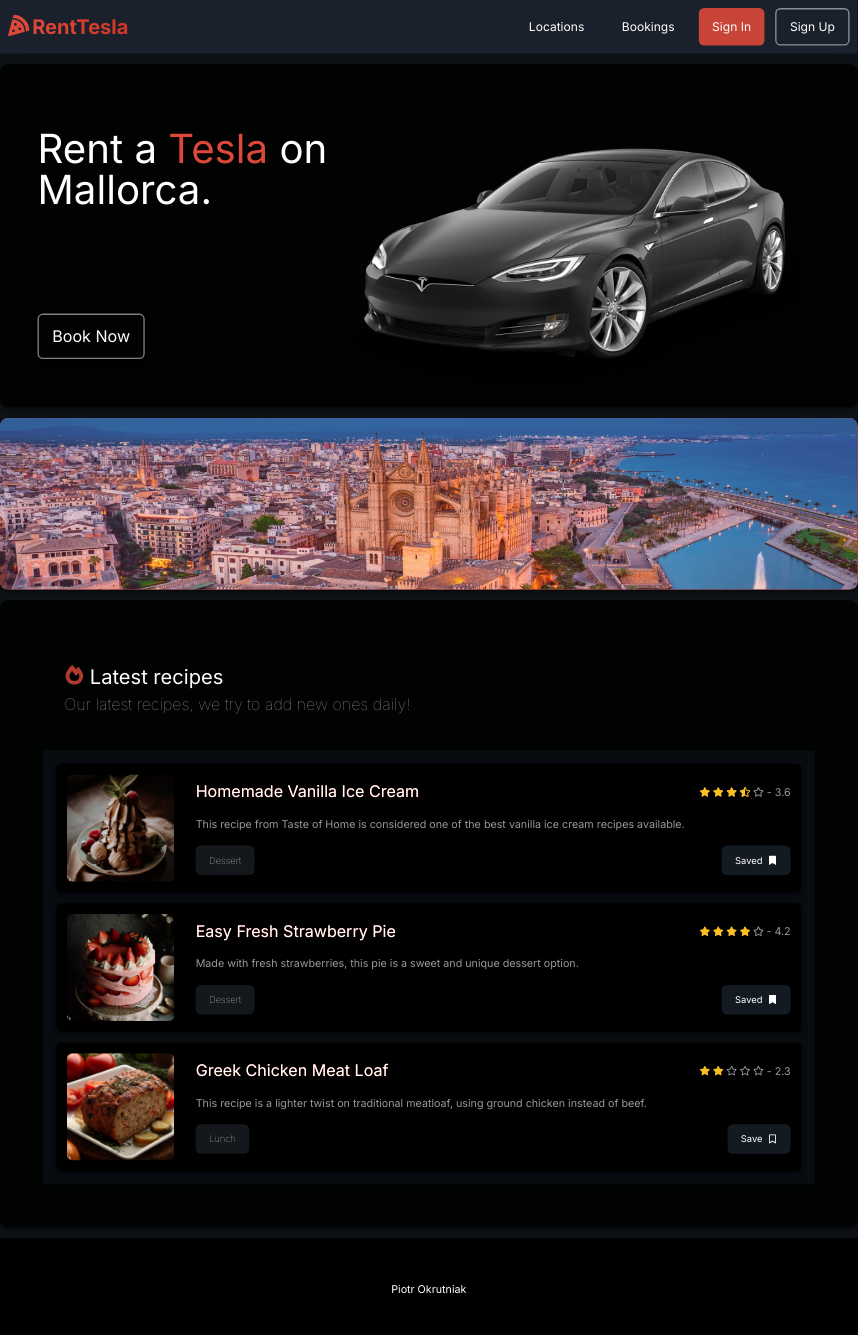
Repository: piotrokrutniak/RentallApp.UI
Page: /
The author's editor kept a copy of each file at every save. The page is drawn from the files as they stood at one save, then again after the next save.
The browser window is 1280 px wide. The pictures show the whole page, at 67% of full size.
The project was rebuilt for these pictures with package versions that can differ from the ones it lists, and the page was loaded fresh each time. The framework's server and built-in components were replaced by stand-ins that run in the browser. Also part of the build but not shown: next.config.js.

Above is the page before, as saved 2023-10-05 21:10:47.

After the next save:
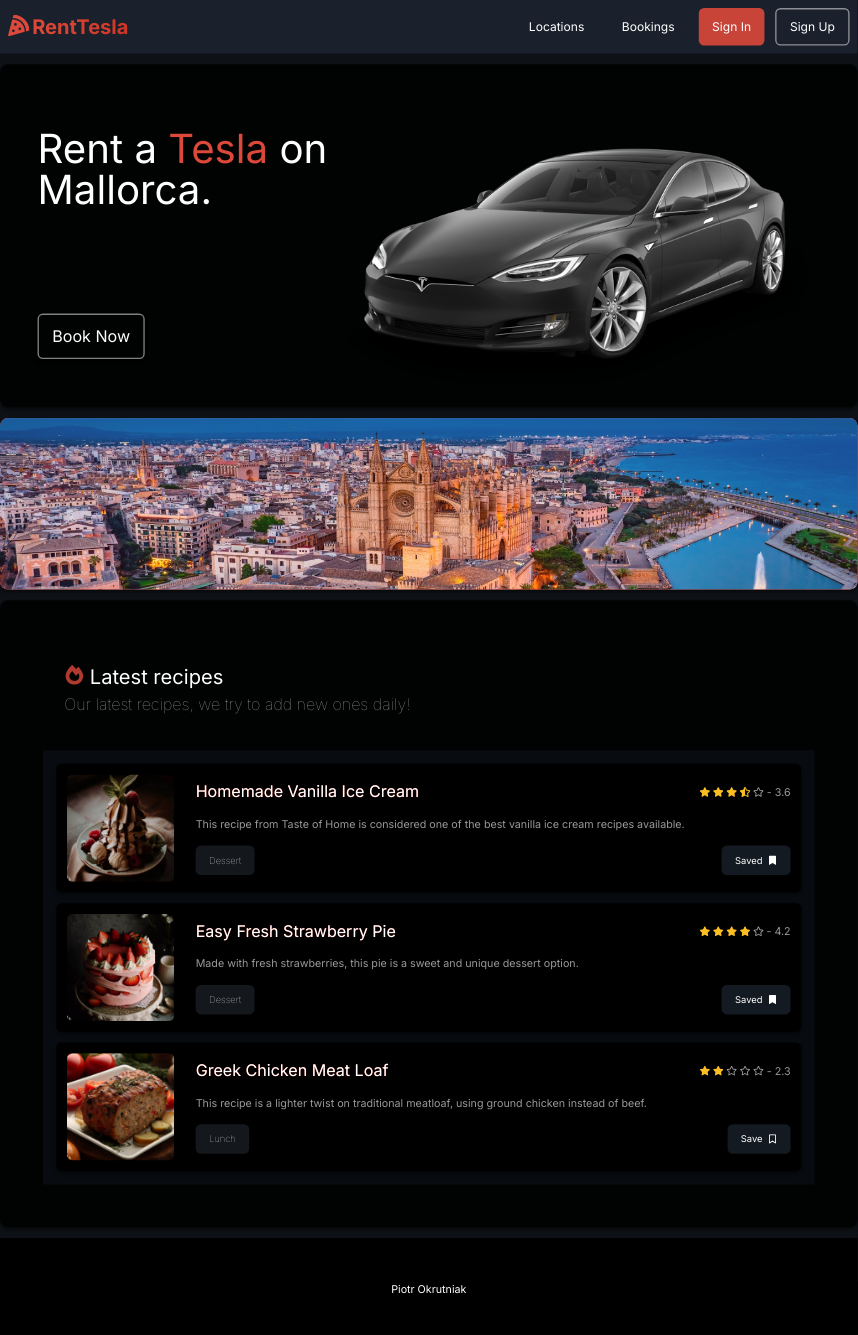
Saved 6 s later.
--- a/src/app/page.tsx
+++ b/src/app/page.tsx
@@ -35,7 +35,7 @@
       </section>
 
       <section id="searchbar-section" className='overflow-clip max-w-7xl relative bg-red-400 px-7 h-64 m-auto w-full  p-8 sm:px-16 rounded-xl shadow-md shadow-black/40 flex-col'>
-        <Image src={lunch} layout="fill" objectFit="cover" alt="Breakfast Photo" className="w-full opacity-80 group-hover:opacity-50"/>
+        <Image src={lunch} layout="fill" objectFit="cover" alt="Breakfast Photo" className="w-full opacity-90 group-hover:opacity-50"/>
       </section>
 
       <section id="top-picks-section" className='max-w-7xl bg-black/90 m-auto w-full sm:p-8 rounded-xl shadow-md shadow-black/40 flex-col'>
